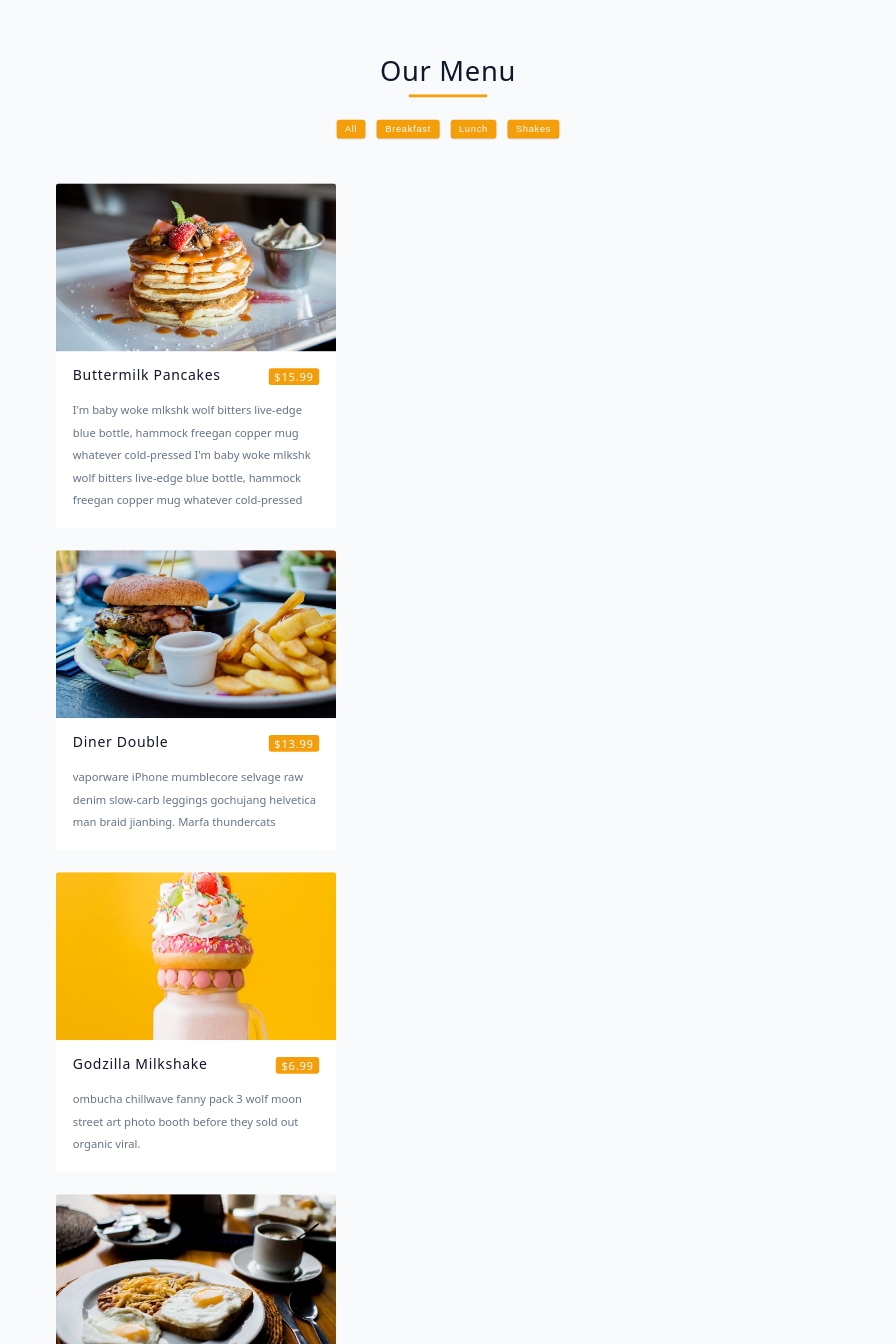
Repository: dydals3440/React-Projects
Page: / (app in 04-fundamental-projects/05-menu/starter/)
The author's editor kept a copy of each file at every save. The page is drawn from the files as they stood at one save, then again after the next save.
The browser window is 1280 px wide. The pictures show the part of the page from y = 0 to 1920 px (the page is 4450 px tall), at 70% of full size.
The project was rebuilt for these pictures with package versions that can differ from the ones it lists, and the page was loaded fresh each time. Also part of the build but not shown: 04-fundamental-projects/05-menu/starter/vite.config.js.

Above is the page before, as saved 2023-09-07 14:01:43.

### 04-fundamental-projects/05-menu/starter/src/App.jsx
import { useState } from 'react';
import Title from './Title';
import menu from './data';
import Menu from './Menu';
import Categories from './Categories';

// const tempCategories = menu.map((item) => item.category);
// // 중복된 카테고리를 제외!
// const tempSet = new Set(tempCategories);
// const tempItems = ['all', ...tempSet];
// console.log(tempItems);

const allCategories = ['all', ...new Set(menu.map((item) => item.category))];

const App = () => {
  const [menuItems, setMenuItems] = useState(menu);
  const [categories, setCategories] = useState(allCategories);
  const filterItems = (category) => {
    if (category === 'all') {
      setMenuItems(menu);
      return;
    }
    const newItems = menu.filter((item) => item.category === category);
    setMenuItems(newItems);
  };

  return (
    <main>
      <section className='menu'>
        <Title text='our menu' />
        <Categories categories={categories} filterItems={filterItems} />
        <Menu items={menuItems} />
      </section>
    </main>
  );
};
export default App;

### 04-fundamental-projects/05-menu/starter/src/index.css
/* ============= GLOBAL CSS =============== */

*,
::after,
::before {
  margin: 0;
  padding: 0;
  box-sizing: border-box;
}

html {
  font-size: 100%;
} /*16px*/

:root {
  /* colors */
  --primary-100: #fef3c7;
  --primary-200: #fde68a;
  --primary-300: #fcd34d;
  --primary-400: #fbbf24;
  --primary-500: #f59e0b;
  --primary-600: #d97706;
  --primary-700: #b45309;
  --primary-800: #92400e;
  --primary-900: #78350f;

  /* grey */
  --grey-50: #f8fafc;
  --grey-100: #f1f5f9;
  --grey-200: #e2e8f0;
  --grey-300: #cbd5e1;
  --grey-400: #94a3b8;
  --grey-500: #64748b;
  --grey-600: #475569;
  --grey-700: #334155;
  --grey-800: #1e293b;
  --grey-900: #0f172a;
  /* rest of the colors */
  --black: #222;
  --white: #fff;
  --red-light: #f8d7da;
  --red-dark: #842029;
  --green-light: #d1e7dd;
  --green-dark: #0f5132;

  --small-text: 0.875rem;
  --extra-small-text: 0.7em;
  /* rest of the vars */
  --backgroundColor: var(--grey-50);
  --textColor: var(--grey-900);
  --borderRadius: 0.25rem;
  --letterSpacing: 1px;
  --transition: 0.3s ease-in-out all;
  --max-width: 1120px;
  --fixed-width: 600px;

  /* box shadow*/
  --shadow-1: 0 1px 3px 0 rgba(0, 0, 0, 0.1), 0 1px 2px 0 rgba(0, 0, 0, 0.06);
  --shadow-2: 0 4px 6px -1px rgba(0, 0, 0, 0.1),
    0 2px 4px -1px rgba(0, 0, 0, 0.06);
  --shadow-3: 0 10px 15px -3px rgba(0, 0, 0, 0.1),
    0 4px 6px -2px rgba(0, 0, 0, 0.05);
  --shadow-4: 0 20px 25px -5px rgba(0, 0, 0, 0.1),
    0 10px 10px -5px rgba(0, 0, 0, 0.04);
}

body {
  background: var(--backgroundColor);
  font-family: system-ui, -apple-system, BlinkMacSystemFont, 'Segoe UI', Roboto,
    Oxygen, Ubuntu, Cantarell, 'Open Sans', 'Helvetica Neue', sans-serif;
  font-weight: 400;
  line-height: 1;
  color: var(--textColor);
}
p {
  margin: 0;
}
h1,
h2,
h3,
h4,
h5 {
  margin: 0;
  font-family: var(--headingFont);
  font-weight: 400;
  line-height: 1;
  text-transform: capitalize;
  letter-spacing: var(--letterSpacing);
}

h1 {
  font-size: 3.052rem;
}

h2 {
  font-size: 2.441rem;
}

h3 {
  font-size: 1.953rem;
}

h4 {
  font-size: 1.563rem;
}

h5 {
  font-size: 1.25rem;
}

.text {
  margin-bottom: 1.5rem;
  max-width: 40em;
}

small,
.text-small {
  font-size: var(--small-text);
}

a {
  text-decoration: none;
}
ul {
  list-style-type: none;
  padding: 0;
}

.img {
  width: 100%;
  display: block;
  object-fit: cover;
}
/* buttons */

.btn {
  cursor: pointer;
  color: var(--white);
  background: var(--primary-500);
  border: transparent;
  border-radius: var(--borderRadius);
  letter-spacing: var(--letterSpacing);
  padding: 0.375rem 0.75rem;
  box-shadow: var(--shadow-1);
  transition: var(--transition);
  text-transform: capitalize;
  display: inline-block;
}
.btn:hover {
  background: var(--primary-700);
  box-shadow: var(--shadow-3);
}
.btn-hipster {
  color: var(--primary-500);
  background: var(--primary-200);
}
.btn-hipster:hover {
  color: var(--primary-200);
  background: var(--primary-700);
}
.btn-block {
  width: 100%;
}

/* alerts */
.alert {
  padding: 0.375rem 0.75rem;
  margin-bottom: 1rem;
  border-color: transparent;
  border-radius: var(--borderRadius);
}

.alert-danger {
  color: var(--red-dark);
  background: var(--red-light);
}
.alert-success {
  color: var(--green-dark);
  background: var(--green-light);
}
/* form */

.form {
  width: 90vw;
  max-width: var(--fixed-width);
  background: var(--white);
  border-radius: var(--borderRadius);
  box-shadow: var(--shadow-2);
  padding: 2rem 2.5rem;
  margin: 3rem auto;
}
.form-label {
  display: block;
  font-size: var(--small-text);
  margin-bottom: 0.5rem;
  text-transform: capitalize;
  letter-spacing: var(--letterSpacing);
}
.form-input,
.form-textarea {
  width: 100%;
  padding: 0.375rem 0.75rem;
  border-radius: var(--borderRadius);
  background: var(--backgroundColor);
  border: 1px solid var(--grey-200);
}

.form-row {
  margin-bottom: 1rem;
}

.form-textarea {
  height: 7rem;
}
::placeholder {
  font-family: inherit;
  color: var(--grey-400);
}
.form-alert {
  color: var(--red-dark);
  letter-spacing: var(--letterSpacing);
  text-transform: capitalize;
}
/* alert */

@keyframes spinner {
  to {
    transform: rotate(360deg);
  }
}

.loading {
  width: 6rem;
  height: 6rem;
  border: 5px solid var(--grey-400);
  border-radius: 50%;
  border-top-color: var(--primary-500);
  animation: spinner 0.6s linear infinite;
  margin: 0 auto;
}

/* title */

.title {
  text-align: center;
}

.title-underline {
  background: var(--primary-500);
  width: 7rem;
  height: 0.25rem;
  margin: 0 auto;
  margin-top: 1rem;
}
/* ============= PROJECT CSS =============== */
.menu {
  padding: 5rem 0;
}

.btn-container {
  margin: 2rem 0 4rem 0;
  display: flex;
  justify-content: center;
  flex-wrap: wrap;
  gap: 1rem;
}

.section-center {
  width: 90vw;
  margin: 0 auto;
  max-width: var(--max-width);
  display: grid;
  gap: 2rem;
}

.menu-item {
  background: var(--white);
  border-radius: var(--borderRadius);
}

.menu-item .img {
  height: 15rem;
  border-top-right-radius: var(--borderRadius);
  border-top-left-radius: var(--borderRadius);
}

.item-info {
  padding: 1.5rem;
}

.item-info header {
  display: flex;
  justify-content: space-between;
  flex-wrap: wrap;
  gap: 1rem;
  margin-bottom: 1.25rem;
}

.item-info h5 {
  font-weight: 500;
}

.item-price {
  background: var(--primary-500);
  color: var(--white);
  padding: 0.25rem 0.5rem;
  letter-spacing: var(--letterSpacing);
  border-radius: var(--borderRadius);
}

.item-text {
  line-height: 2;
  color: var(--grey-500);
}

.menu-item {
  max-width: 25rem;
}

### 04-fundamental-projects/05-menu/starter/src/Title.jsx
function Title({ text }) {
  return (
    <div className='title'>
      <h2>{text || 'Default Title'}</h2>
      <div className='title-underline'></div>
    </div>
  );
}

export default Title;

### 04-fundamental-projects/05-menu/starter/src/data.js
const menu = [
  {
    id: 1,
    title: 'buttermilk pancakes',
    category: 'breakfast',
    price: 15.99,
    img: '/images/item-1.jpeg',
    desc: `I'm baby woke mlkshk wolf bitters live-edge blue bottle, hammock freegan copper mug whatever cold-pressed I'm baby woke mlkshk wolf bitters live-edge blue bottle, hammock freegan copper mug whatever cold-pressed `,
  },
  {
    id: 2,
    title: 'diner double',
    category: 'lunch',
    price: 13.99,
    img: '/images/item-2.jpeg',
    desc: `vaporware iPhone mumblecore selvage raw denim slow-carb leggings gochujang helvetica man braid jianbing. Marfa thundercats `,
  },
  {
    id: 3,
    title: 'godzilla milkshake',
    category: 'shakes',
    price: 6.99,
    img: '/images/item-3.jpeg',
    desc: `ombucha chillwave fanny pack 3 wolf moon street art photo booth before they sold out organic viral.`,
  },
  {
    id: 4,
    title: 'country delight',
    category: 'breakfast',
    price: 20.99,
    img: '/images/item-4.jpeg',
    desc: `Shabby chic keffiyeh neutra snackwave pork belly shoreditch. Prism austin mlkshk truffaut, `,
  },
  {
    id: 5,
    title: 'egg attack',
    category: 'lunch',
    price: 22.99,
    img: '/images/item-5.jpeg',
    desc: `franzen vegan pabst bicycle rights kickstarter pinterest meditation farm-to-table 90's pop-up `,
  },
  {
    id: 6,
    title: 'oreo dream',
    category: 'shakes',
    price: 18.99,
    img: '/images/item-6.jpeg',
    desc: `Portland chicharrones ethical edison bulb, palo santo craft beer chia heirloom iPhone everyday`,
  },
  {
    id: 7,
    title: 'bacon overflow',
    category: 'breakfast',
    price: 8.99,
    img: '/images/item-7.jpeg',
    desc: `carry jianbing normcore freegan. Viral single-origin coffee live-edge, pork belly cloud bread iceland put a bird `,
  },
  {
    id: 8,
    title: 'american classic',
    category: 'lunch',
    price: 12.99,
    img: '/images/item-8.jpeg',
    desc: `on it tumblr kickstarter thundercats migas everyday carry squid palo santo leggings. Food truck truffaut  `,
  },
  {
    id: 9,
    title: 'quarantine buddy',
    category: 'shakes',
    price: 16.99,
    img: '/images/item-9.jpeg',
    desc: `skateboard fam synth authentic semiotics. Live-edge lyft af, edison bulb yuccie crucifix microdosing.`,
  },
];
export default menu;

### 04-fundamental-projects/05-menu/starter/src/Menu.jsx
import MenuItem from './MenuItem';

const Menu = ({ items }) => {
  return (
    <div className='section-center'>
      {items.map((menuItem) => {
        return <MenuItem key={menuItem.id} {...menuItem} />;
      })}
    </div>
  );
};

export default Menu;

### 04-fundamental-projects/05-menu/starter/src/Categories.jsx
const Categories = ({ categories, filterItems }) => {
  return (
    <div className='btn-container'>
      {categories.map((category) => {
        return (
          <button
            type='button'
            className='btn'
            key={category}
            // 카테고리를 통과해야하기 떄문에 화살표함수 기능을 제공해야함.
            onClick={() => filterItems(category)}
          >
            {category}
          </button>
        );
      })}
    </div>
  );
};

export default Categories;

### 04-fundamental-projects/05-menu/starter/src/MenuItem.jsx
const MenuItem = ({ img, title, price, desc }) => {
  return (
    <article className='menu-item'>
      <img src={img} alt={title} className='img' />
      <div className='item-info'>
        <header>
          <h5>{title}</h5>
          <span className='item-price'>${price}</span>
        </header>
        <p className='item-text'>{desc}</p>
      </div>
    </article>
  );
};

export default MenuItem;

Loaded but not shown: 04-fundamental-projects/05-menu/starter/index.html (common file); 04-fundamental-projects/05-menu/starter/src/main.jsx (common file)

After the next save:
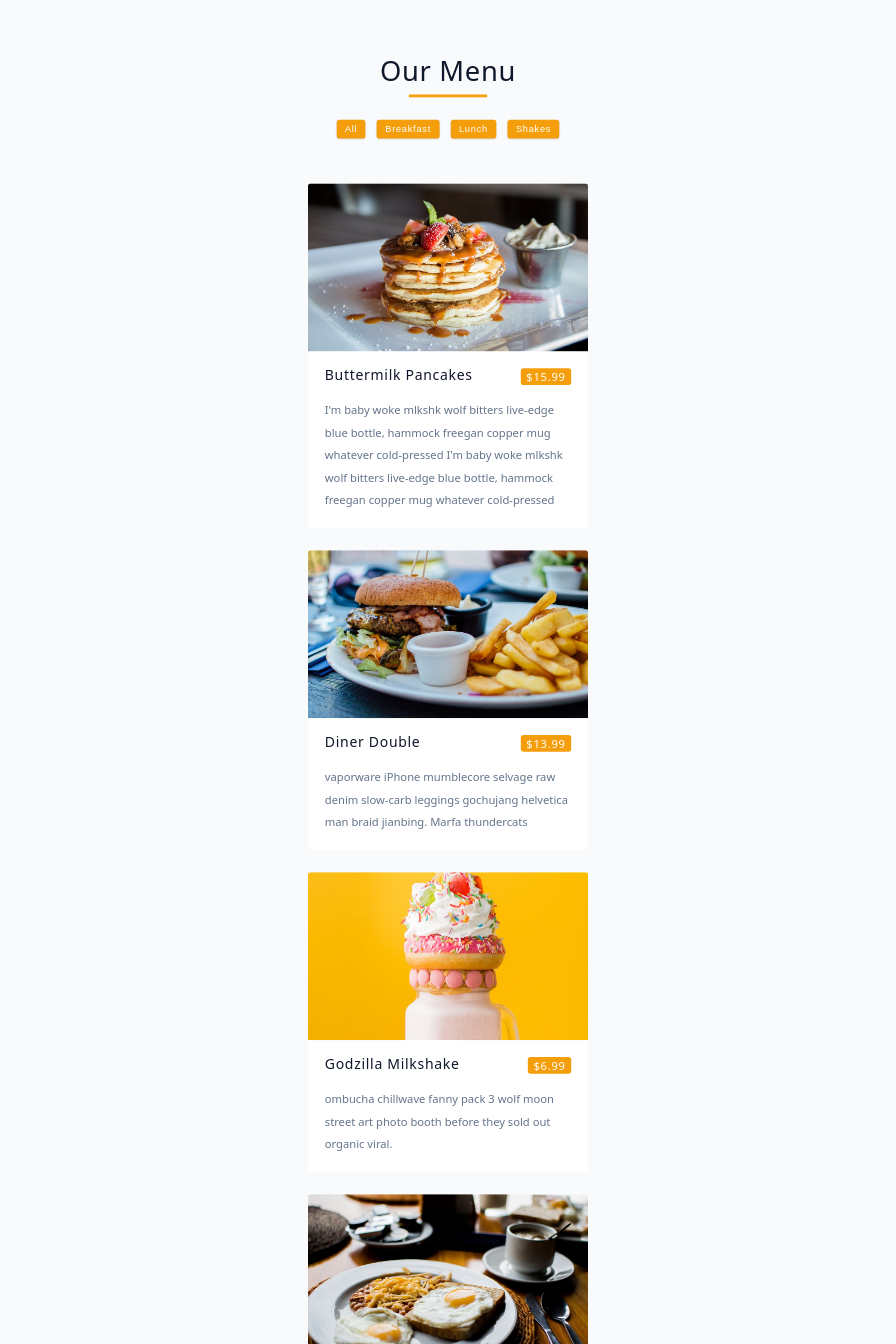
Saved 24 s later.
--- a/04-fundamental-projects/05-menu/starter/src/index.css
+++ b/04-fundamental-projects/05-menu/starter/src/index.css
@@ -313,6 +313,10 @@ ul {
   color: var(--grey-500);
 }
 
+.section-center {
+  justify-items: center;
+}
+
 .menu-item {
   max-width: 25rem;
 }
